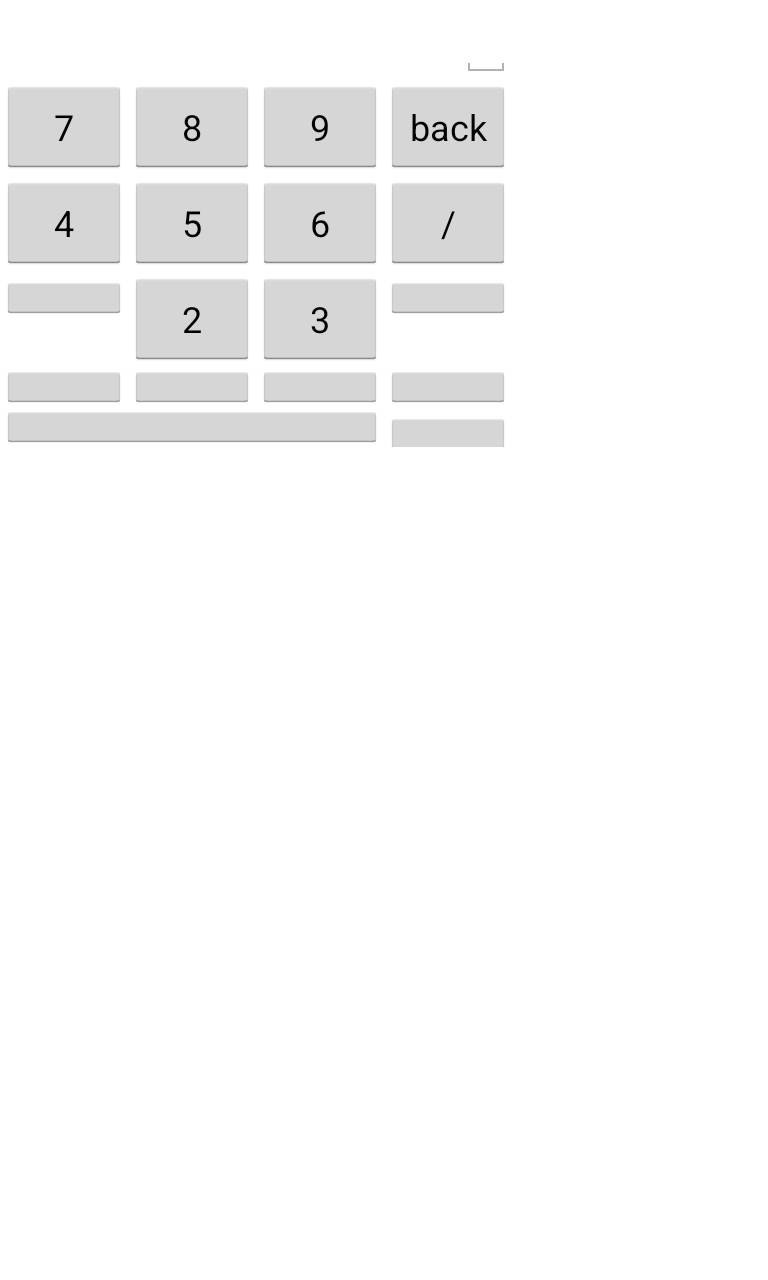
Repository: Free-Mind/eclipes
Layout: Calculator/res/layout/activity_main.xml
These files come from the project's save history. The layout is drawn as it stood at one moment and after the next save; the edit follows.
It is drawn on a 768 x 1280 px phone screen (xhdpi) without system bars, with theme AppTheme; the app's code is not run.

Above is the layout before, as saved 2015-04-17 17:42:24.

After the next save:
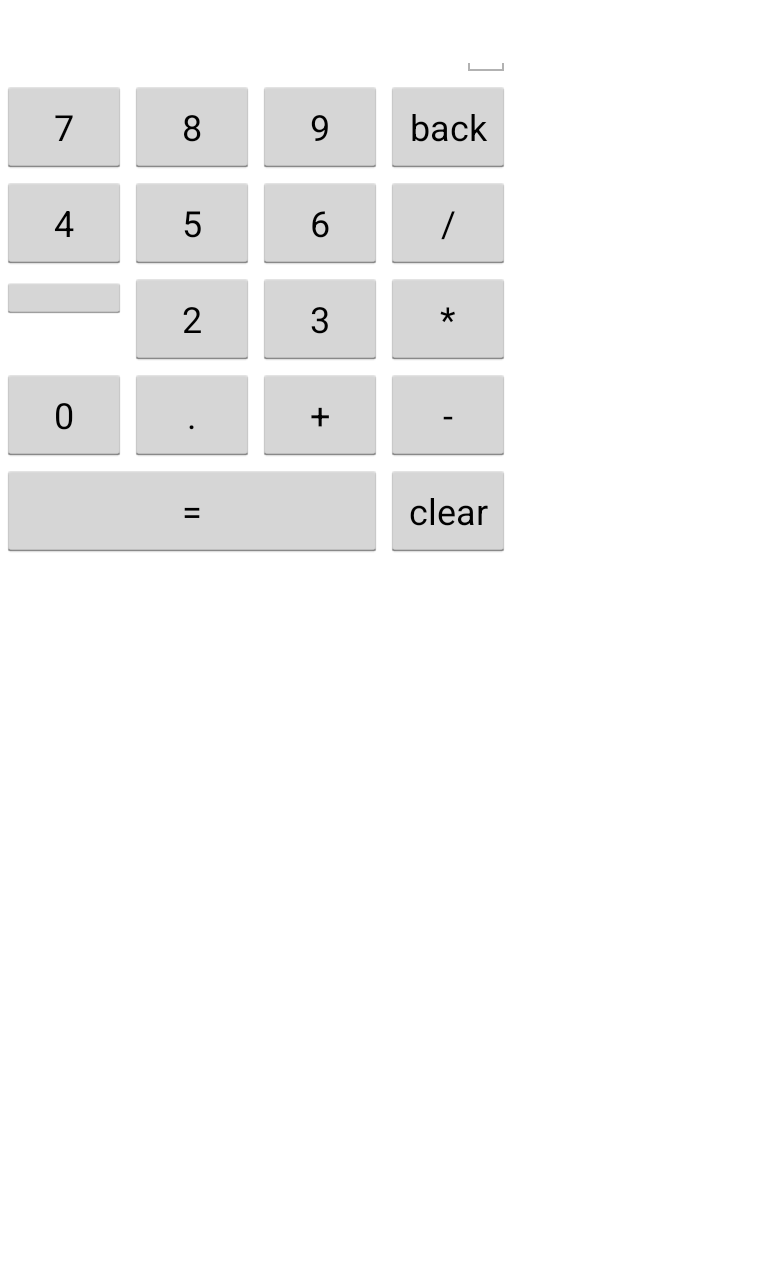
Saved 37 s later.
--- a/Calculator/res/layout/activity_main.xml
+++ b/Calculator/res/layout/activity_main.xml
@@ -110,14 +110,14 @@
 		             />
 		             <Button
 			             android:id="@+id/bt_3"
-			              android:layout_width="wrap_content"
-		                  android:layout_height="wrap_content"
+			             android:layout_width="wrap_content"
+		                 android:layout_height="wrap_content"
 			             android:text="3"
 		             />
 		             <Button
 			             android:id="@+id/bt_multiply"
-			             android:layout_width="40px"
-			             android:layout_height="40px"
+			             android:layout_width="wrap_content"
+		                 android:layout_height="wrap_content"
 			             android:text="*"
 		             />
 		        </TableRow>
@@ -129,26 +129,26 @@
 		        >
 		             <Button
 			             android:id="@+id/bt_0"
-			             android:layout_width="50px"
-			             android:layout_height="40px"
+			             android:layout_width="wrap_content"
+		                 android:layout_height="wrap_content"
 			             android:text="0"
 		             />
 		             <Button
 			             android:id="@+id/bt_point"
-			             android:layout_width="50px"
-			             android:layout_height="40px"
+			             android:layout_width="wrap_content"
+		                 android:layout_height="wrap_content"
 			             android:text="."
 		             />
 		             <Button
 			             android:id="@+id/bt_add"
-			             android:layout_width="50px"
-			             android:layout_height="40px"
+			             android:layout_width="wrap_content"
+		                 android:layout_height="wrap_content"
 			             android:text="+"
 		             />
 		             <Button
 			             android:id="@+id/bt_sub"
-			             android:layout_width="50px"
-			             android:layout_height="40px"
+			             android:layout_width="wrap_content"
+		                 android:layout_height="wrap_content"
 			             android:text="-"
 		             />
 		        </TableRow>
@@ -160,15 +160,15 @@
 		         >
 		         <Button
 			             android:id="@+id/bt_equal"
-			             android:layout_width="fill_parent"
-			             android:layout_height="fill_parent"
+			             android:layout_width="wrap_content"
+		                 android:layout_height="wrap_content"
 			             android:layout_span="3"
 			             android:text="="
 		             />
 		         <Button
 			             android:id="@+id/bt_clear"
-			             android:layout_width="50px"
-			             android:layout_height="40px"
+			             android:layout_width="wrap_content"
+		                 android:layout_height="wrap_content"
 			             android:text="clear"
 		             />
 
